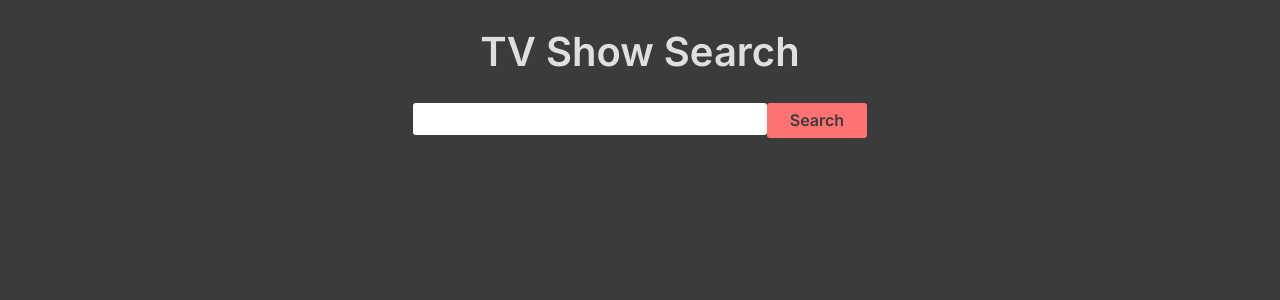
Repository: shayanabedi98/tv-search-react
Page: /
An editor plug-in stored every save of this project. The page is shown before and after the next save, followed by the edit.
The browser window is 1280 px wide. The pictures show the whole page.
The project was rebuilt for these pictures with package versions that can differ from the ones it lists, and the page was loaded fresh each time. Also part of the build but not shown: vite.config.js.

Above is the page before, as saved 2024-01-02 03:03:00.

After the next save:
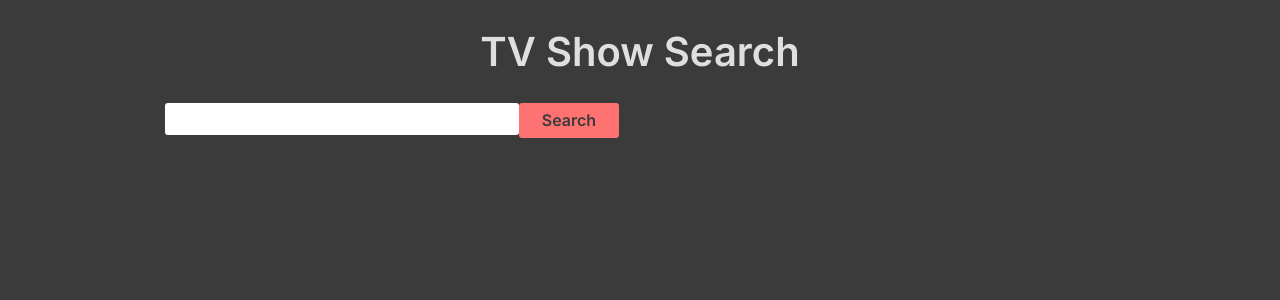
Saved 6 s later.
--- a/src/index.css
+++ b/src/index.css
@@ -12,7 +12,7 @@
   margin: 0 auto;
   text-align: center;
   width: 950px;
-  place-items: center;
+  place-content: center;
 }
 
 .search-bar {

After the save that followed:
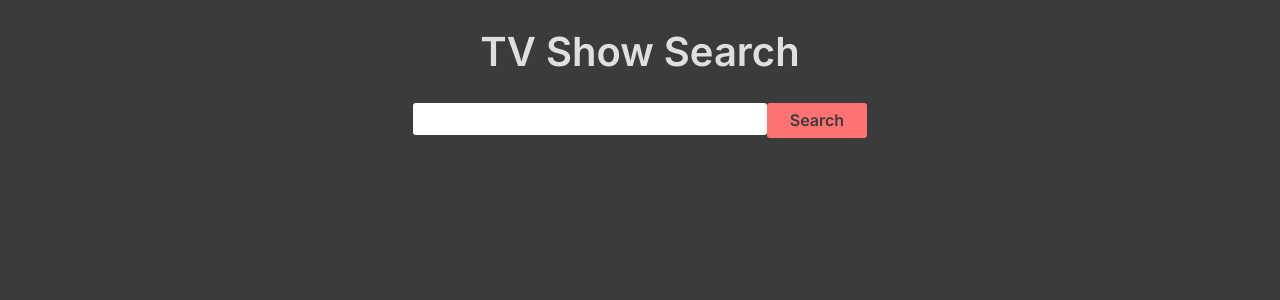
Saved 7 s later.
--- a/src/index.css
+++ b/src/index.css
@@ -12,7 +12,8 @@
   margin: 0 auto;
   text-align: center;
   width: 950px;
-  place-content: center;
+  display: grid;
+  place-items: center;
 }
 
 .search-bar {
